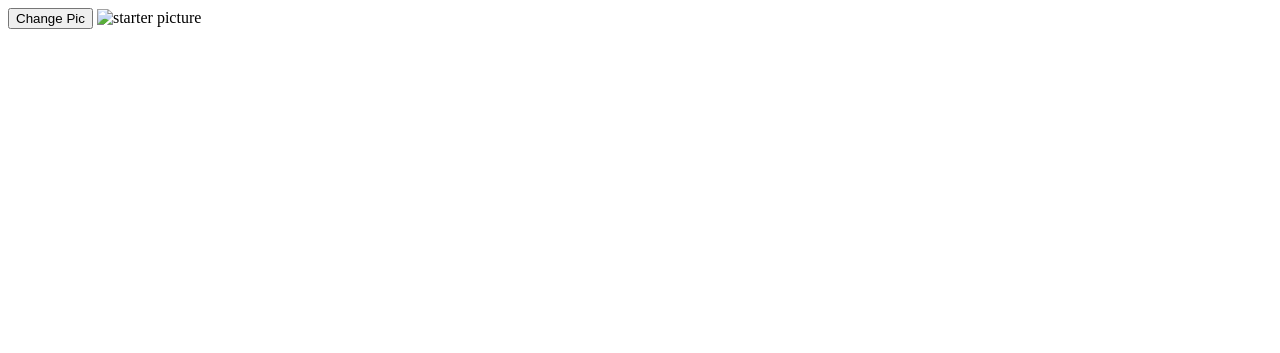
Repository: alexmaddux99/Lab3
Page: arrays.html
These files come from the project's save history. The page is drawn as it stood at one moment and after the next save; the edit follows.
The browser window is 1280 px wide. The pictures show the whole page.

Above is the page before, as saved 2022-02-17 11:03:47.
Not found: i/crowd.jpg

After the next save:
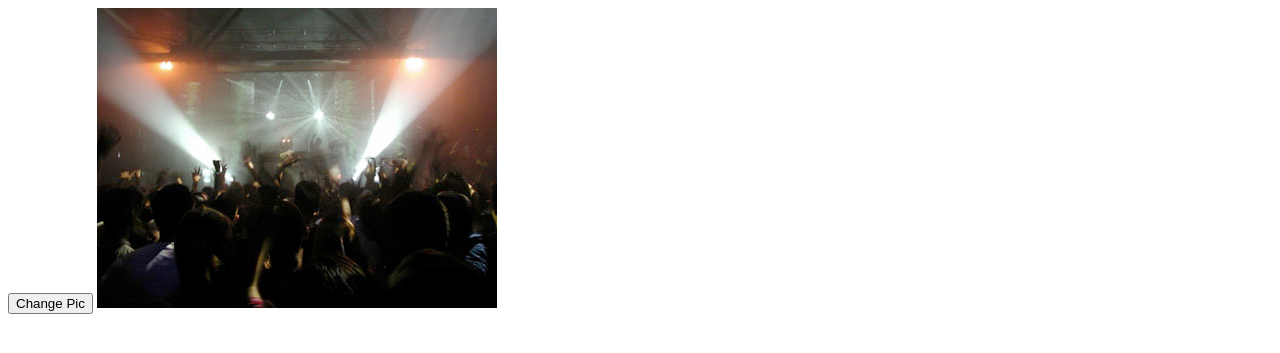
Saved 21 s later.
--- a/arrays.html
+++ b/arrays.html
@@ -10,7 +10,7 @@
     </head>
     <body>
         <button id="swap">Change Pic</button>
-        <img id="myPic" src="i/crowd.jpg" alt="starter picture" />
+        <img id="myPic" src="images/crowd.jpg" alt="starter picture" />
 
         <script>
             const myArray = ["jim", "jill", "jaime"];
